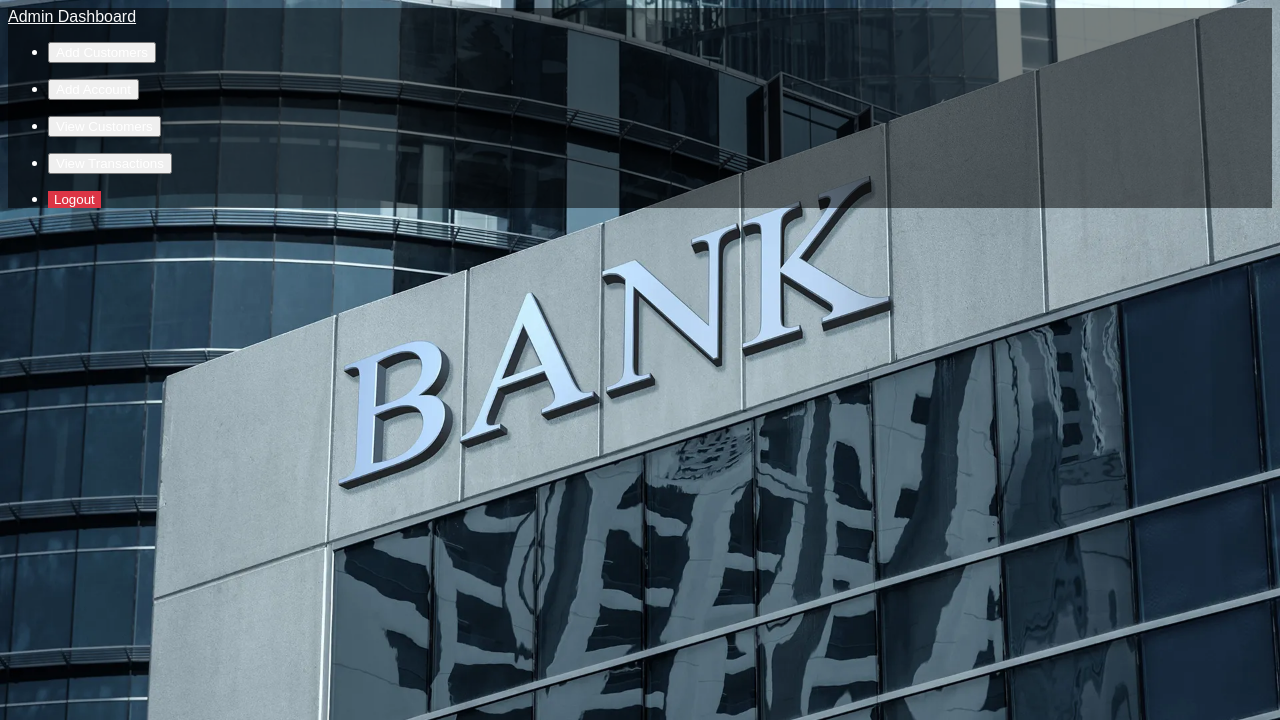
Repository: prathamsuhasia/swabhav-mini-project
Page: http://localhost/01-mini-project/navbar.jsp
The author's editor kept a copy of each file at every save. The page is drawn from the files as they stood at one save, then again after the next save.
The browser window is 1280 px wide. The pictures show the whole page.
The page is served by Tomcat 9. The session is filled in as if someone had signed in: {"username": "testuser", "admin": "admin"}. Other server files are loaded and not shown.

Above is the page before, as saved 2024-08-15 16:55:16.

### 01-mini-project/WebContent/navbar.jsp
<%@ taglib uri="http://java.sun.com/jsp/jstl/core" prefix="c" %>
<%@ page language="java" contentType="text/html; charset=ISO-8859-1"%>
<%
response.setHeader("Cache-Control", "no-cache, no-store, must-revalidate");
response.setHeader("Pragma", "no-cache");
response.setDateHeader("Expires", 0);
%>
<%
    HttpSession sessions = request.getSession(false);
    if (session == null || session.getAttribute("username") == null || !"admin".equals(session.getAttribute("admin"))) {
        // No session or user not logged in, redirect to the login page
        response.sendRedirect("Index.jsp");
        return;
    }
%>
<style>
body {
	background-image: url('Bank.webp');
	background-size: cover;
	background-position: center;
	color: #fff;
	font-family: Arial, sans-serif;
	position: relative;
    z-index: 1;
}

.navbar {
	background-color: rgba(0, 0, 0, 0.5);
	margin-bottom: 20px;
}

.navbar-brand {
	color: #f8f9fa;
}

.navbar-nav .nav-link {
	color: #f8f9fa !important;
}

.navbar-nav .nav-link:hover {
	color: #e9ecef !important;
}

.btn-logout {
	background-color: #dc3545;
	border: none;
	color: #fff;
	margin-right: 10px;
}

.btn-logout:hover {
	background-color: #c82333;
	color: #fff;
}

.welcome-message {
	display: flex;
	align-items: center;
	color: white;
	height: 70vh;
	justify-content: flex-start;
	padding-left: 20px;
	font-size: 45px;
}

.container {
	background-color: rgba(0, 0, 0, 0.6);
	padding: 20px;
	border-radius: 10px;
}


    .navbar .btn-link {
        color: white;
        text-decoration: none;
    }

    .navbar .btn-link:hover {
        color: #ffc107; /* Change to your desired hover color */
    }
</style>
<nav class="navbar navbar-expand-lg">
    <a class="navbar-brand" href="#">Admin Dashboard</a>
    <div class="collapse navbar-collapse justify-content-end">
        <ul class="navbar-nav">
            <li class="nav-item">
                <form action="AdminController" method="post" class="nav-item">
                    <button type="submit" name="action" value="AddCustomers" class="btn btn-link">Add Customers</button>
                </form>
            </li>
            <li class="nav-item">
                <form action="AdminController" method="post" class="nav-item">
                    <button type="submit" name="action" value="AddAccount" class="btn btn-link">Add Account</button>
                </form>
            </li>
            <li class="nav-item">
                <form action="AdminController" method="post" class="nav-item">
                    <button type="submit" name="action" value="ViewCustomers" class="btn btn-link">View Customers</button>
                </form>
            </li>
            <li class="nav-item">
                <form action="AdminController" method="post" class="nav-item">
                    <button type="submit" name="action" value="ViewTransactions" class="btn btn-link">View Transactions</button>
                </form>
            </li>
            <li class="nav-item">
                <form action="LogoutServlet">
                    <button type="submit" class="btn btn-logout">Logout</button>
                </form>
            </li>
        </ul>
    </div>
</nav>

After the next save:
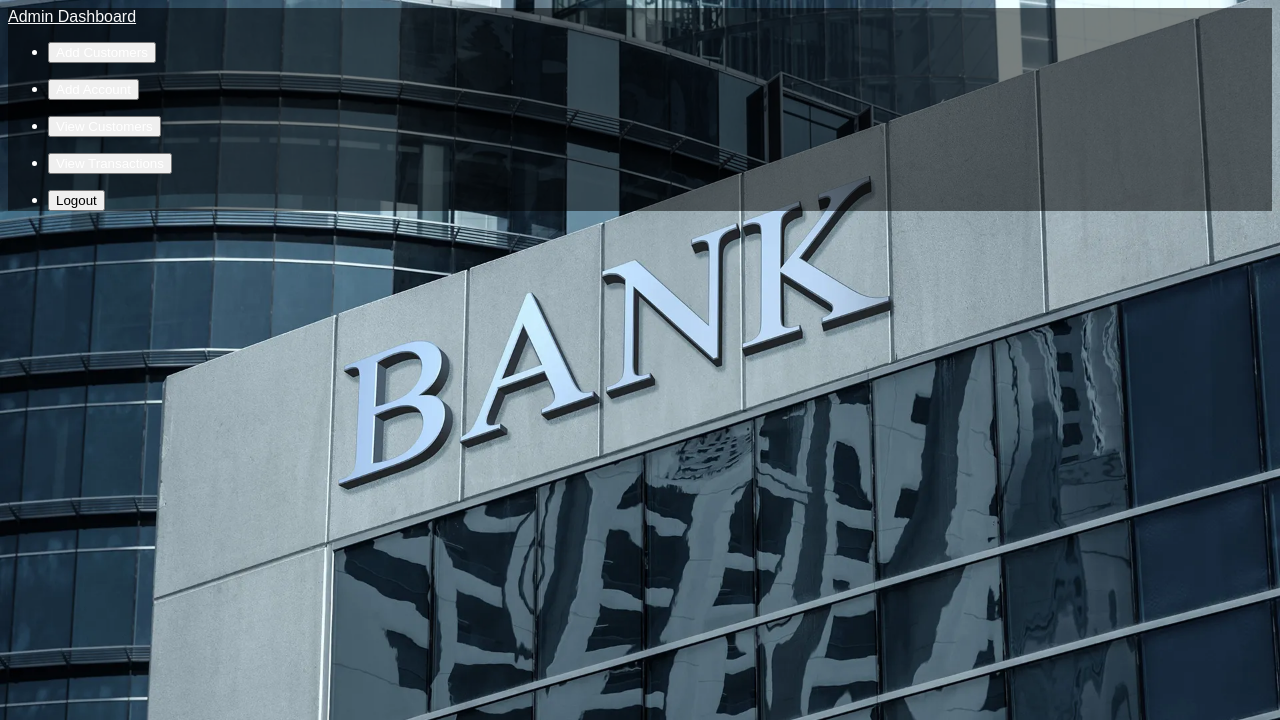
Saved 2 min 4 s later.
--- a/01-mini-project/WebContent/navbar.jsp
+++ b/01-mini-project/WebContent/navbar.jsp
@@ -41,33 +41,6 @@ body {
 	color: #e9ecef !important;
 }
 
-.btn-logout {
-	background-color: #dc3545;
-	border: none;
-	color: #fff;
-	margin-right: 10px;
-}
-
-.btn-logout:hover {
-	background-color: #c82333;
-	color: #fff;
-}
-
-.welcome-message {
-	display: flex;
-	align-items: center;
-	color: white;
-	height: 70vh;
-	justify-content: flex-start;
-	padding-left: 20px;
-	font-size: 45px;
-}
-
-.container {
-	background-color: rgba(0, 0, 0, 0.6);
-	padding: 20px;
-	border-radius: 10px;
-}
 
 
     .navbar .btn-link {
